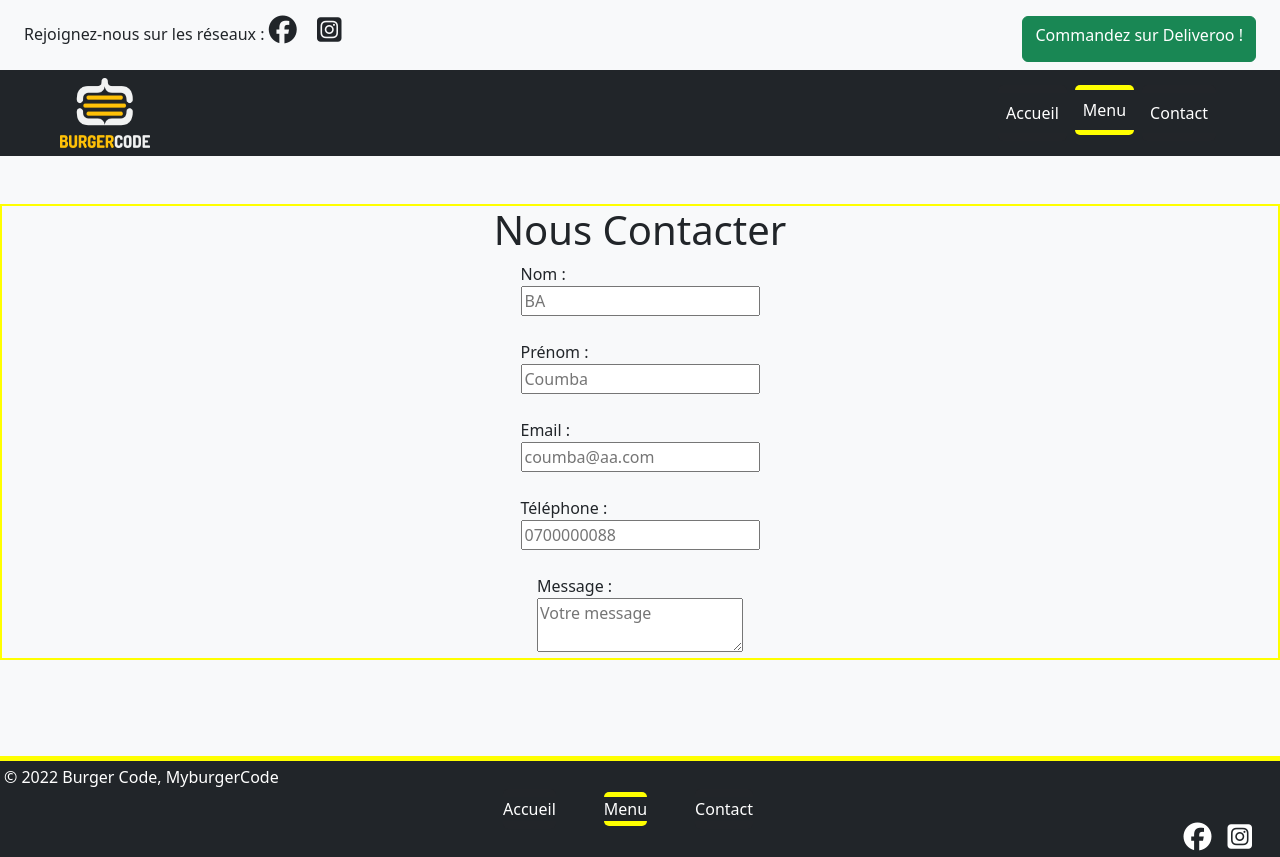
Repository: Coumba25040/coumbaProjet
Page: VraiProjet/contact.html
An editor plug-in stored every save of this project. The page is shown before and after the next save, followed by the edit.
The browser window is 1280 px wide. The pictures show the whole page.

Above is the page before, as saved 2025-01-24 14:07:38.

### VraiProjet/contact.html
<!DOCTYPE html>
<html lang="en">

<head>
    <meta charset="UTF-8">
    <meta name="viewport" content="width=device-width, initial-scale=1.0">
    <title>Document</title>
    <link href="https://cdn.jsdelivr.net/npm/bootstrap@5.3.3/dist/css/bootstrap.min.css" rel="stylesheet"
        integrity="sha384-QWTKZyjpPEjISv5WaRU9OFeRpok6YctnYmDr5pNlyT2bRjXh0JMhjY6hW+ALEwIH" crossorigin="anonymous">
        <link rel="stylesheet" href="https://cdnjs.cloudflare.com/ajax/libs/font-awesome/6.7.2/css/all.min.css" integrity="sha512-Evv84Mr4kqVGRNSgIGL/F/aIDqQb7xQ2vcrdIwxfjThSH8CSR7PBEakCr51Ck+w+/U6swU2Im1vVX0SVk9ABhg==" crossorigin="anonymous" referrerpolicy="no-referrer" />
    <style>


        .logo {
            height: 70px;
            width: 90px;
        }

        footer{
            display: flex;
            justify-content: center;
            flex-direction: column;
        }

        .menu{

          border-top: 5px solid yellow;
          border-bottom: 5px solid yellow;
          border-radius: 5px;
          color: white;

        }


        .border-hover:hover{
          border-top: 5px solid yellow;
          border-bottom: 5px solid yellow;
          border-radius: 5px;
                }

          .border-hover{
          border-top: 8px solid #222529;
          border-bottom: 8px solid #222529;
          border-radius: 5px;
                }

        .footer{
          border-top: 5px solid yellow;
        }

        form{
            border: 2px solid yellow;


        }






@media screen and (max-width: 580px) {
    .links{
        display: none;
    }

    .btn1{
        display: flex;
        justify-content: center;
        align-items: center;
    }


    header{
      display: flex;
      justify-content: center;
      align-items: center;

    }


    .btn1{
      display: block;
      margin: 0 auto;
      align-items: center;
    }



}



    </style>
</head>

<body class="bg-light">

    <header>

    <div class="container-fluid  p-2 mt-2 d-flex justify-content-between ">
        <p class="links ms-3">Rejoignez-nous sur les réseaux :
            <a href="http://www.facebook.com/">
                <i class="fa-brands fa-facebook fs-3 text-dark me-3"></i></a>
            <a href="http://www.instagram.com/">
                <i class="fa-brands fa-square-instagram fs-3 text-dark"></i></a>
        </p>
        <a href="#" class="btn btn-success btn1 me-3">Commandez sur Deliveroo !</a>

    </div>
</header>

    <nav class="navbar navbar-expand-lg bg-dark fixed accueil sticky-top">
        <div class="container-fluid bg-dark mx-5">
            <img class="logo" src="./img/Logo-block-light.png" alt="logo">
            <button class="navbar-toggler text-white" type="button" data-bs-toggle="collapse" data-bs-target="#navbarNav"
                aria-controls="#navbarNav" aria-expanded="false" aria-label="Toggle navigation">
                <i class="fa-solid fa-bars"></i>
            </button>
            <div class="navmobile collapse navbar-collapse " id="navbarNav">
                <ul class="navbar-nav ms-auto">
                    <li class="nav-item mx-1">
                        <a class="nav-link active text-white border-hover " aria-current="page" href="./accueil.html">Accueil</a>
                    </li>
                    <li class="nav-item mx-1">
                        <a class="nav-link text-white menu " href="./menu.html">Menu</a>
                    </li>
                    <li class="nav-item mx-1">
                        <a class="nav-link text-white border-hover " href="./contact.html">Contact</a>
                    </li>
                </ul>
            </div>
        </div>
    </nav>


    <form action="" method="get" class="d-flex flex-column align-items-center my-5 ">
        <h1>Nous Contacter</h1>

        <label for="name">Nom :<br>
        <input type="text" class="name" id="name" placeholder="BA"></label><br>

        <label for="prenom">Prénom :<br>
        <input type="text" class="prenom" id="prenom" placeholder="Coumba"></label><br>

        <label for="name">Email :<br>
        <input type="email" class="email" id="email" placeholder="coumba@aa.com"></label><br>

        <label for="tel">Téléphone :<br>
        <input type="tel" class="tel" id="tel" placeholder="0700000088"></label><br>

        <label for="name">Message :<br>
        <textarea name="message" id="message" placeholder="Votre message"></textarea><br></label>


    </form>


          <footer>

          <div class="container-fluid text-white bg-dark d-flex p-1 mt-5 footer">
            <div class="row w-100">
                <div class="col-md-4">
                    <p class="burgerc">© 2022 Burger Code, MyburgerCode</p>

                </div>

                <div class="col-md-4 d-flex justify-content-center align-items-center gap-5 p-4 ">
                <a class="nav-link active text-white border-hover" aria-current="page" href="./accueil.html">Accueil</a>
                <a class="nav-link text-white menu" href="./menu.html">Menu</a>
                <a class="nav-link text-white border-hover" href="./contact.html">Contact</a></div>

                <div class="col-md-4 d-flex justify-content-end align-items-end gap-3 reseaux">
                    <a href="http://www.facebook.com/">
                        <i class="fa-brands fa-facebook fs-3 text-white"></i></a>
                    <a href="http://www.instagram.com/">
                        <i class="fa-brands fa-square-instagram fs-3 text-white"></i></a>

                </div>

            </div>

          </div>

        </footer>








      <script src="https://cdn.jsdelivr.net/npm/bootstrap@5.3.3/dist/js/bootstrap.bundle.min.js" integrity="sha384-YvpcrYf0tY3lHB60NNkmXc5s9fDVZLESaAA55NDzOxhy9GkcIdslK1eN7N6jIeHz" crossorigin="anonymous"></script>
</body>

</html>

After the next save:
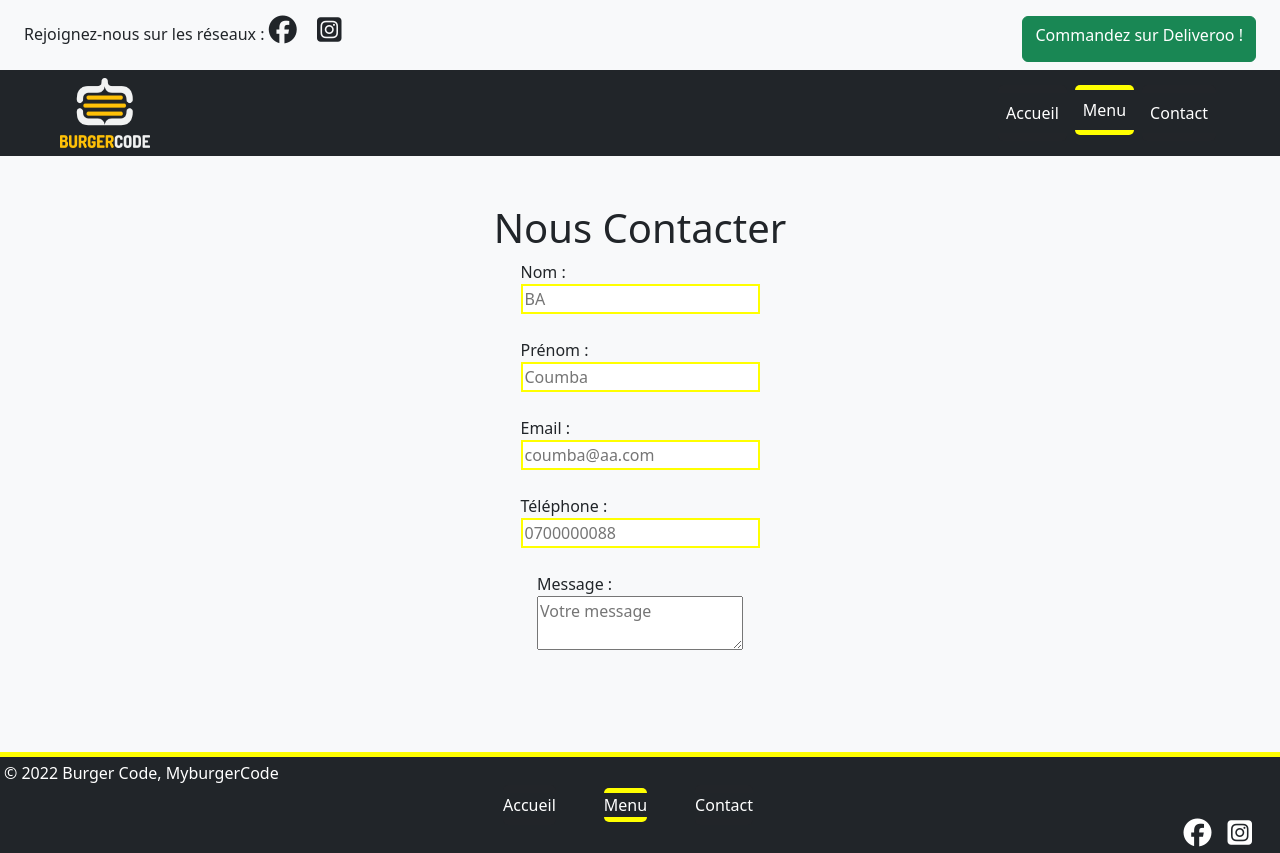
Saved 33 s later.
--- a/VraiProjet/contact.html
+++ b/VraiProjet/contact.html
@@ -48,7 +48,7 @@
           border-top: 5px solid yellow;
         }
 
-        form{
+        input{
             border: 2px solid yellow;
 
 
